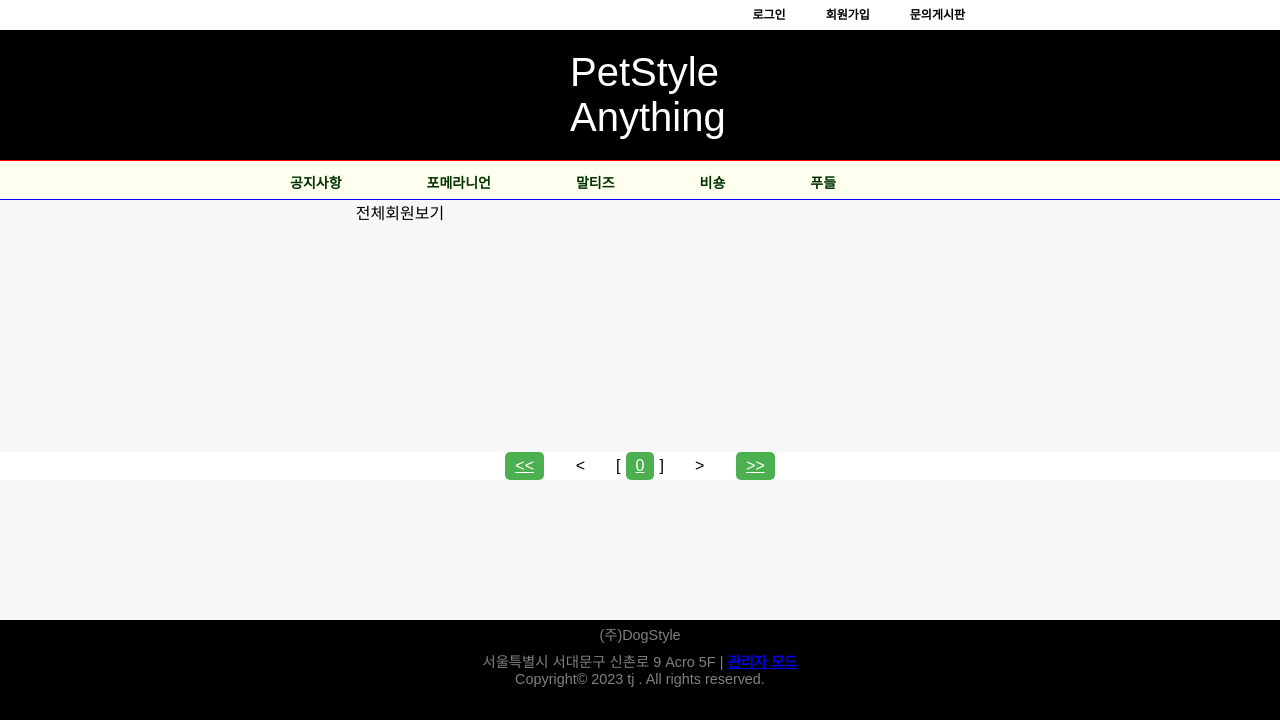
Repository: kdkk2000/Project
Page: http://localhost/petstyle/admin/allUser.jsp
The author's editor kept a copy of each file at every save. The page is drawn from the files as they stood at one save, then again after the next save.
The browser window is 1280 px wide. The pictures show the whole page.
The page is served by Tomcat 9. Other server files are loaded and not shown. The template is opened directly, without the code that normally fills it, so the values that code supplies are empty.

Above is the page before, as saved 2023-03-28 06:14:53.

### petstyle/WebContent/admin/allUser.jsp
<%@ page language="java" contentType="text/html; charset=UTF-8"
    pageEncoding="UTF-8"%>
<%@ taglib prefix="c" uri="http://java.sun.com/jsp/jstl/core" %>
<%@ taglib prefix="fmt" uri="http://java.sun.com/jsp/jstl/fmt"%>
<c:set var="conPath" value="${pageContext.request.contextPath }"/>
<!DOCTYPE html>
<html>
<head>
	<meta charset="UTF-8">
	<title>Insert title here</title>
	<link href="${conPath }/css/boardStyle.css" rel="stylesheet">
	<style>
		#content_form {
			height:430px;
			width: 800px;
		}
	</style>
</head>
<body>
	<c:if test="${not empty adminLoginResult }">
		<script>
			alert('${adminLoginResult}');
		</script>
	</c:if>
	<c:if test="${not empty adminLoginErrorMsg }">
		<script>
			alert('${adminLoginErrorMsg}');
			history.back();
		</script>
	</c:if>
	<jsp:include page="../main/header.jsp"/>
	<div id="content_form">
		<table>
			<caption>전체회원보기</caption>
			<tr>
				<c:forEach var="dto" items="${users }">
					<td>
						<p>
							${dto.userName }<br>
							(${dto.userId })
						</p>
					</td>
				</c:forEach>
			</tr>
		</table>
		<p class="paging">
			<a href="${conPath }/allUser.do?pageNum=1">&lt;&lt;</a>
			&nbsp; &nbsp; &nbsp;
			<c:if test="${BLOCKSIZE < startPage}">
				<a href="${conPath }/allUser.do?pageNum=${startPage-1}">&lt;</a>
			</c:if>
			<c:if test="${BLOCKSIZE >= startPage }">
				&lt;
			</c:if>
			&nbsp; &nbsp; &nbsp;
			<c:forEach var="i" begin="${startPage }" end="${endPage }">
				<c:if test="${i eq pageNum }">
					[ <b> ${i } </b> ]
				</c:if>
				<c:if test="${i != pageNum }">
					[ <a href="${conPath }/allUser.do?pageNum=${i }"> ${i } </a> ]
				</c:if>
			</c:forEach>
			&nbsp; &nbsp; &nbsp;
			<c:if test="${endPage < pageCnt }">
				<a href="${conPath }/allUser.do?pageNum=${endPage+1 }">&gt;</a>
			</c:if>
			<c:if test="${endPage == pageCnt }">
				&gt;
			</c:if>
			&nbsp; &nbsp; &nbsp;
			<a href="${conPath }/allUser.do?pageNum=${pageCnt }">&gt;&gt;</a>
		</p>
	</div>
	<jsp:include page="../main/footer.jsp"/>
</body>
</html>

### petstyle/WebContent/main/header.jsp
<%@ page language="java" contentType="text/html; charset=UTF-8"
    pageEncoding="UTF-8"%>
<%@taglib prefix="c" uri="http://java.sun.com/jsp/jstl/core"%>
<%@taglib prefix="fmt" uri="http://java.sun.com/jsp/jstl/fmt" %>
<c:set var="conPath" value="${pageContext.request.contextPath }"/>
<!DOCTYPE html>
<html>
<head>
	<meta charset="UTF-8">
	<title>Insert title here</title>
<style>
	*{padding:0; margin: 0;}
	header {
		background-color: black; font-size: 10pt; color: white;
	}
	header a {text-decoration: none; font-weight: bold;}
	header li {list-style: none;}
	header .gnb {
	    width: 100%;
	    background-color: white;
	    margin-left: auto;
	}
	header .gnb ul {
		overflow: hidden;
		width:700px;
		height: 30px;
		line-height: 30px;
		margin: 0 auto;
	}
	header .gnb ul li {	float: right; margin-right:10px;}
	header .gnb a {
		color : black;
		font-size: 0.9em;
		display: block;
		padding-left:15px;
		padding-right:15px;
	}
	header .gnb a:hover {
		font-size: 1.2em;
  		background-color: black;
  		color: white;
	}

	header .logo{
		width:140px; text-align:center;
		margin: 20px auto; font-size:3em;
		cursor: pointer;
	}
	header .lnb {
		background-color: ivory;
	  	width: 100%; height: 40px;
	  	border-top: 1px solid red;
		border-bottom: 1px solid blue;
		position:relative; /*서브메뉴가 main영역 위로 */
	}
	header .lnb ul{
		text-align:center;
		overflow: hidden;
		width:800px;
		margin: 0 auto;
	}
	header .lnb ul>li {
		font-weight: bold;
		font-size: 14px;
		margin: 5px;
		margin-left: 20px;
		float:left;
		padding:5px 30px;
		line-height: 25px;
	}
	header .lnb li:hover {
  		background-color: black;
  		color: white;
	}
	header .lnb a {
		color : white;
		font-size: 0.9em;
		display: block;
		padding-left:15px;
		padding-right:15px;
	}
	header .lnb a:hover {
  		background-color: yellow;
  		color: black;
	}
	header .lnb li {color: #003300;}
	header .lnb ul li .subMenu {display:none;}
	header .lnb ul li:hover .subMenu {display: block; margin: 10px 0 0 0;}
</style>
</head>
<body>
<header>
	<c:if test="${empty user and empty admin}"> <%-- 로그인 전 화면 --%>
		<div class="gnb">
			<ul>
				<li><a href="${conPath }/boardList.do">문의게시판</a></li>
				<li><a href="${conPath }/joinView.do">회원가입</a></li>
				<li><a href="${conPath }/loginView.do">로그인</a></li>
			</ul>
		</div>
		<div class="logo" onclick="location.href='${conPath}/main.do'">
			PetStyle Anything
		</div>
		<div class="lnb">
			<ul>
				<li>공지사항
					<ol class="subMenu">
						<li><a href="#">공지사항</a></li>
					</ol>
				</li>
				<li>포메라니언
					<ol class="subMenu">
						<li><a href="#">곰돌이컷</a></li>
						<li><a href="#">물개컷</a></li>
						<li><a href="#">포메컷</a></li>
						<li><a href="#">라이언컷</a></li>
						<li><a href="#">풀코트</a></li>
					</ol>
				</li>
				<li>말티즈
					<ol class="subMenu">
						<li><a href="#">알밤컷</a></li>
						<li><a href="#">곰돌이컷</a></li>
						<li><a href="#">베이비컷 </a></li>
						<li><a href="#">무스타슈 </a></li>
					</ol>
				</li>
				<li>비숑
					<ol class="subMenu">
						<li><a href="#">하이바컷</a></li>
						<li><a href="#">귀툭튀컷</a></li>
					</ol>
				</li>
				<li>푸들
					<ol class="subMenu">
						<li><a href="#">양컷</a></li>
						<li><a href="#">몽키컷</a></li>
						<li><a href="#">브로콜리컷</a></li>
						<li><a href="#">테디베어컷</a></li>
						<li><a href="#">귀똑컷</a></li>
					</ol>
				</li>
			</ul>
		</div>
	</c:if>
	<c:if test="${not empty user and empty admin}"> <%-- 사용자 모드 로그인 화면--%>
		<div class="gnb">
			<ul>
				<li><a href="${conPath }/boardList.do">문의게시판</a></li>
				<li><a href="${conPath }/logout.do">로그아웃</a></li>
				<li><a href="${conPath }/modifyView.do">정보수정</a></li>
				<li><a>${user.userName }님 &nbsp; ▶</a></li>
			</ul>
		</div>
		<div class="logo" onclick="location.href='${conPath}/main.do'">
			PetStyle Anything
		</div>
		<div class="lnb">
			<ul>
				<li>공지사항
					<ol class="subMenu">
						<li><a href="#">공지사항</a></li>
					</ol>
				</li>
				<li>포메라니언
					<ol class="subMenu">
						<li><a href="#">곰돌이컷</a></li>
						<li><a href="#">물개컷</a></li>
						<li><a href="#">포메컷</a></li>
						<li><a href="#">라이언컷</a></li>
						<li><a href="#">풀코트컷</a></li>
					</ol>
				</li>
				<li>말티즈
					<ol class="subMenu">
						<li><a href="#">알밤컷</a></li>
						<li><a href="#">곰돌이컷</a></li>
						<li><a href="#">베이비컷 </a></li>
						<li><a href="#">무스타슈컷 </a></li>
					</ol>
				</li>
				<li>비숑
					<ol class="subMenu">
						<li><a href="#">하이바컷</a></li>
						<li><a href="#">귀툭튀컷</a></li>
					</ol>
				</li>
				<li>푸들
					<ol class="subMenu">
						<li><a href="#">양컷</a></li>
						<li><a href="#">몽키컷</a></li>
						<li><a href="#">브로콜리컷</a></li>
						<li><a href="#">테디베어컷</a></li>
						<li><a href="#">귀똑컷</a></li>
					</ol>
				</li>
			</ul>
		</div>
	</c:if>
	<c:if test="${empty user and not empty admin}"> <%-- 관리자 모드 로그인 화면--%>
		<div class="gnb">
			<ul>
				<li><a href="${conPath }/boardList.do">문의게시판</a></li>
				<li><a href="${conPath }/logout.do">관리자모드나가기</a></li>
				<li><a href="${conPath }/adminModify.do">정보수정</a></li>
				<li><a>${admin.adminName }님 &nbsp; ▶</a></li>
			</ul>
		</div>
		<div class="logo" onclick="location.href='${conPath}/main.do'">
			PetStyle Anything
		</div>
		<div class="lnb">
			<ul>
				<li>공지사항
					<ol class="subMenu">
						<li><a href="#">공지사항</a></li>
					</ol>
				</li>
				<li>회원 리스트
					<ol class="subMenu">
						<li><a href="${conPath }/allUser.do">회원 리스트</a></li>
					</ol>
				</li>
				<li>관리자 메모장
					<ol class="subMenu">
						<li><a href="#">관리자 메모장</a></li>
					</ol>
				</li>
			</ul>
		</div>
	</c:if>
</header>
</body>
</html>

### petstyle/WebContent/main/footer.jsp
<%@ page language="java" contentType="text/html; charset=UTF-8"
    pageEncoding="UTF-8"%>
<%@taglib prefix="c" uri="http://java.sun.com/jsp/jstl/core"%>
<%@taglib prefix="fmt" uri="http://java.sun.com/jsp/jstl/fmt" %>
<c:set var="conPath" value="${pageContext.request.contextPath }"/>
<!DOCTYPE html>
<html>
<head>
<meta charset="UTF-8">
<title>Insert title here</title>
	<style>
	footer {
		position: fixed;
		bottom: 0;
		height: 100px;
		background-color: black;
		width: 100%;
	}

	#footer_conts {
		color: gray;
		font-size: 0.9em;
		text-align: center;
		margin: 0 auto;
		width: 80%;
	}

	#footer_conts p:first-child {
		height: 30px;
		line-height: 30px;
	}
</style>
</head>
<body>
	<footer>
		<div id="footer_conts">
			<p>(주)DogStyle</p>
			<p>서울특별시 서대문구 신촌로 9 Acro 5F | <b><a href="${conPath }/adminLoginView.do">관리자 모드</a></b></p>
			<p>Copyright© 2023 tj . All rights reserved.</p>
		</div>
	</footer>
</body>
</html>

### petstyle/WebContent/css/boardStyle.css
@charset "UTF-8";
* {
	margin: 0;
  	padding: 0;
  	box-sizing: border-box;
}

body {
  	font-family: Arial, sans-serif;
  	background-color: #f7f7f7;
}

.container {
  	max-width: 500px;
  	margin: 0 auto;
  	padding: 20px;
}

h1 {
  	font-size: 32px;
  	font-weight: bold;
  	margin-bottom: 20px;
}

form {
  	background-color: #fff;
  	border: 1px solid #ccc;
  	padding: 20px;
}

form input[type="text"], form textarea {
  	width: 100%;
  	padding: 10px;
  	margin-bottom: 10px;
  	border: 1px solid #ccc;
  	border-radius: 5px;
}

form input[type="file"] {
  	margin-top: 10px;
}

form input[type="submit"], form input[type="reset"], form input[type="button"] {
  	display: inline-block;
  	padding: 10px 20px;
  	margin-right: 10px;
  	border: none;
  	border-radius: 5px;
  	background-color: #4CAF50;
  	color: #fff;
  	cursor: pointer;
}

form input[type="submit"]:hover, form input[type="reset"]:hover, form input[type="button"]:hover {
  	background-color: #3e8e41;
}

table {
  	width: 100%;
  	border-collapse: collapse;
}

table td {
  	padding: 6px;
  	border: 1px solid #ccc;
  	text-align: center;
  	cursor: pointer;
}
.paging {
  	display: flex;
  	justify-content: center;
  	align-items: center;
  	margin-top: 20px;
  	position: fixed;
  	bottom: 240px;
  	left: 0;
  	right: 0;
  	background-color: #fff;
  	z-index: 1;
}

.paging a, .paging b {
  	display: inline-block;
  	margin: 0 5px;
  	padding: 5px 10px;
  	background-color: #4CAF50;
  	color: #fff;
 	border-radius: 5px;
}

.paging a:hover {
  	background-color: #3e8e41;
}

.paging b {
  	background-color: #eee;
  	color: #444;
}

After the next save:
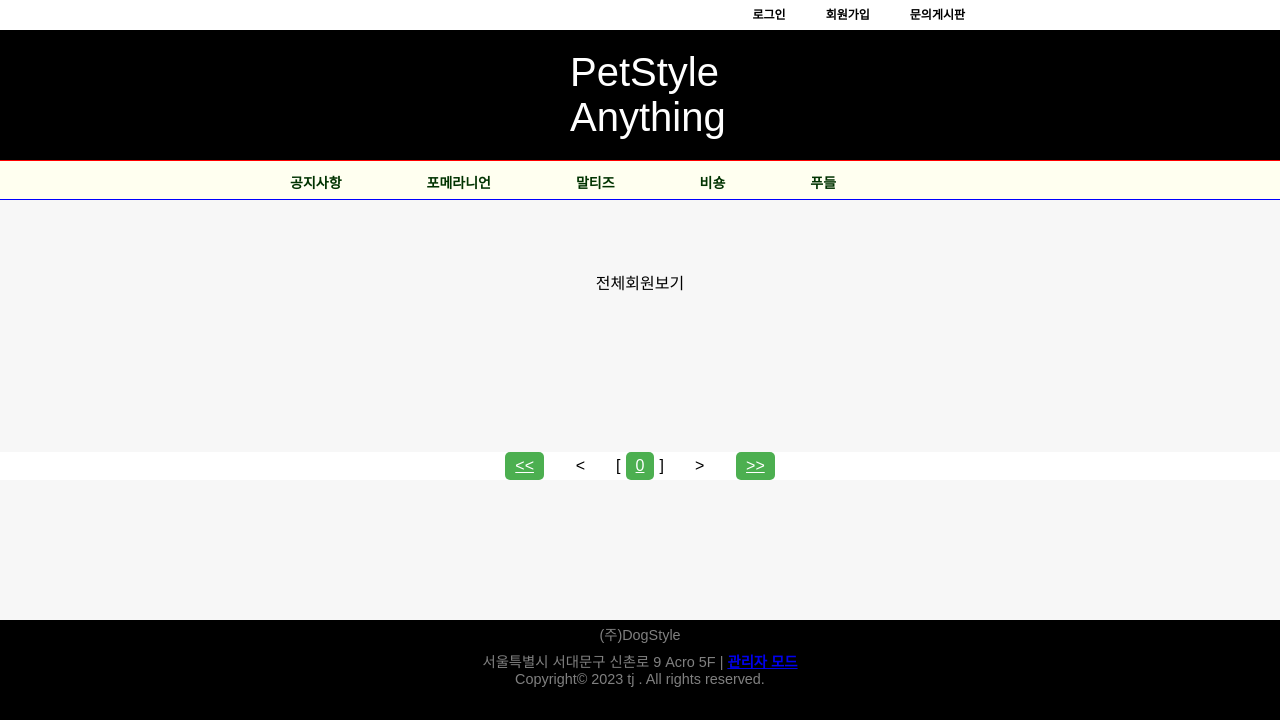
Saved 8 s later.
--- a/petstyle/WebContent/admin/allUser.jsp
+++ b/petstyle/WebContent/admin/allUser.jsp
@@ -12,6 +12,7 @@
 	<style>
 		#content_form {
 			height:430px;
+			margin: 70px auto 0px;
 			width: 800px;
 		}
 	</style>
